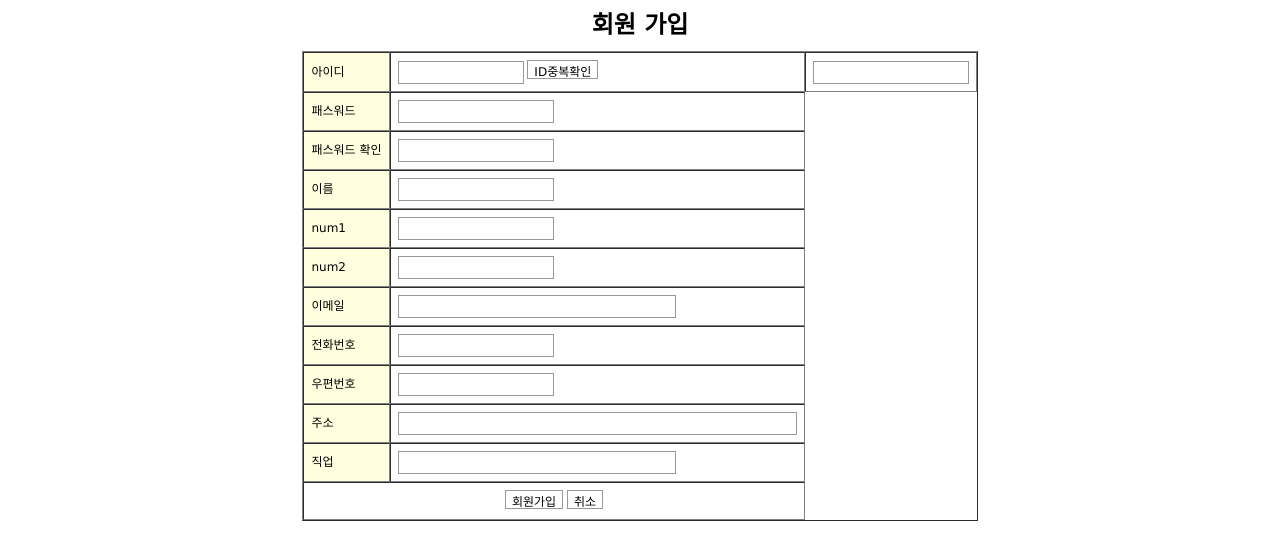
Repository: leekyengho/zodiac
Page: http://localhost/jsphomepage/homepage/member.jsp
The author's editor kept a copy of each file at every save. The page is drawn from the files as they stood at one save, then again after the next save.
The browser window is 1280 px wide. The pictures show the whole page.
The page is served by Tomcat 9. Other server files are loaded and not shown.

Above is the page before, as saved 2016-11-26 19:07:53.

### jsphomepage/WebContent/homepage/member.jsp
<%@ page language="java" contentType="text/html; charset=EUC-KR"
    pageEncoding="EUC-KR"%>
<!DOCTYPE html PUBLIC "-//W3C//DTD HTML 4.01 Transitional//EN" "http://www.w3.org/TR/html4/loose.dtd">
<html>
<head>
<meta http-equiv="Content-Type" content="text/html; charset=EUC-KR">
<title>Insert title here</title>
</head>
<body>
<div align=center>
<h1>회원 가입</h1>
<link href="style.css" rel="stylesheet" type="text/css">
<script type="text/javascript" src="script.js"></script>
<script type="text/javascript">
	function idCheck(id) {
		frm = document.regFrm;
		if(id=="") {
			alert("아이디를 입력하세요.");
			frm.id.focus();
			return;
		}
		url = "idCheck.jsp?id=" + id;
		window.open(url, "IDCheck", "width=300, heigth=150");
	}

	function zipCheck() {
		url = "zipCheck.jsp?check=y";
		window.open(url, "ZipCodeSearch", "width=500, height=300, scrollbars=yes");
	}
</script>
	<form name=memberFrm  method="post" action="memberProc.jsp">
		<table border=1 cellpadding=7 cellspacing=0 >
			<tr>
				<td bgcolor=lightyellow>아이디 </td>
				<td><input type="text" name="id" size="15" value="">
				<input type="button" value="ID중복확인" onClick="idCheck(this.form.id.value)"></td>
    			<td align=left><input type="text" name="id"  maxlength=20></td>
    		</tr>
			<tr>
				<td bgcolor=lightyellow>패스워드 </td>
    			<td align=left><input type="password" name="passwd"  maxlength=20></td>
    		</tr>
			<tr>
				<td bgcolor=lightyellow>패스워드 확인 </td>
  			    <td align=left><input type="password" name="repasswd"  maxlength=20></td>
  			</tr>
			<tr>
				<td bgcolor=lightyellow>이름 </td>
    			<td align=left><input type="text" name="name"  maxlength=20/></td>
    		</tr>
			<tr>
				<td bgcolor=lightyellow>num1</td>
   				<td align=left><input type="text" name="num1"  maxlength=7></td>
   			</tr>
			<tr>
				<td bgcolor=lightyellow>num2 </td>
  				<td align=left><input type="text" name="num2"  maxlength=7 ></td>
  			</tr>
			<tr>
				<td bgcolor=lightyellow>이메일 </td>
  				<td align=left><input type="text" name="email" maxlength=30 size=40></td>
  			</tr>
			<tr>
				<td bgcolor=lightyellow>전화번호 </td>
  				<td align=left><input type="text" name="phone" maxlength=30></td>
  			</tr>
			<tr>
				<td bgcolor=lightyellow>우편번호</td>
   				<td align=left><input type="text" name="zipcode" maxlength=7></td>
   			</tr>
			<tr>
				<td bgcolor=lightyellow>주소 </td>
    			<td align=left><input type="text" name="address" maxlength=30 size=60></td>
    		</tr>
			<tr>
				<td bgcolor=lightyellow>직업</td>
   				<td align=left><input type="text" name="job" maxlength=30 size=40></td>
   			</tr>
			<tr>
				<td colspan=2 align=center><input type="submit" value="회원가입">
    			<input type="reset" value="취소"></td>
    		</tr>
		</table>
	</form>
</div>
</body>
</html>

### jsphomepage/WebContent/homepage/style.css
BODY {
	FONT-SIZE: 9pt; COLOR: black; LINE-HEIGHT: 160%; FONT-FAMILY: 굴림,verdana,tahoma
}
TD {
	FONT-SIZE: 9pt; COLOR: black; LINE-HEIGHT: 160%; FONT-FAMILY: 굴림,verdana,tahoma
}
SELECT {
	FONT-SIZE: 9pt; COLOR: black; LINE-HEIGHT: 160%; FONT-FAMILY: 굴림,verdana,tahoma
}
DIV {
	FONT-SIZE: 9pt; COLOR: black; LINE-HEIGHT: 160%; FONT-FAMILY: 굴림,verdana,tahoma
}
FORM {
	FONT-SIZE: 9pt; COLOR: black; LINE-HEIGHT: 160%; FONT-FAMILY: 굴림,verdana,tahoma
}
TEXTAREA {
	BORDER-RIGHT: 1px solid #999999; BORDER-TOP: 1px solid #999999; FONT-SIZE: 9pt; BORDER-LEFT: 1px solid #999999 ; COLOR: BLACK; BORDER-BOTTOM: 1px solid #999999; FONT-FAMILY: 굴림,verdana; BACKGROUND-COLOR: white
}
INPUT {
	BORDER-RIGHT: 1px solid #999999; BORDER-TOP: 1px solid #999999; FONT-SIZE: 9pt; BORDER-LEFT: 1px solid #999999; COLOR: BLACK; BORDER-BOTTOM: 1px solid #999999; FONT-FAMILY: 굴림,verdana; HEIGHT: 19px; BACKGROUND-COLOR: white
}

A:link {text-decoration:none;color:#696969}
A:hover{text-decoration:yes;color:#66CCFF}
A:visited {text-decoration:none;color:#330066}

### jsphomepage/WebContent/homepage/script.js
function loginCheck(){
	if(document.login.mem_id.value==""){
		alert("아이디를를 입력해 주세요.");
		document.login.mem_id.focus();
		return;
	}
	if(document.login.mem_passwd.value==""){
		alert("비밀번호를 입력해 주세요.");
		document.login.mem_passwd.focus();
		return;
	}
	document.login.submit();
}

function memberReg(){
	document.location="Register.jsp";
}

function inputCheck(){
	if(document.regForm.mem_id.value==""){
		alert("아이디를 입력해 주세요.");
		document.regForm.mem_id.focus();
		return;
	}
	if(document.regForm.mem_passwd.value==""){
		alert("비밀번호를 입력해 주세요.");
		document.regForm.mem_passwd.focus();
		return;
	}
	if(document.regForm.mem_repasswd.value==""){
		alert("비밀번호를 확인해 주세요");
		document.regForm.mem_repasswd.focus();
		return;
	}
	if(document.regForm.mem_name.value==""){
		alert("이름을 입력해 주세요.");
		document.regForm.mem_name.focus();
		return;
	}
	if(document.regForm.mem_num1.value==""){
		alert("주민번호을 입력해 주세요.");
		document.regForm.mem_num1.focus();
		return;
	}
	if(document.regForm.mem_num2.value==""){
		alert("주민번호을 입력해 주세요.");
		document.regForm.mem_num2.focus();
		return;
	}
	if(document.regForm.mem_email.value==""){
		alert("이메일을 입력해 주세요.");
		document.regForm.mem_email.focus();
		return;
	}
	if(document.regForm.mem_phone.value==""){
		alert("연락처를 입력해 주세요.");
		document.regForm.mem_phone.focus();
		return;
	}
	if(document.regForm.mem_job.value=="0"){
		alert("직업을 선택해 주세요.");
		document.regForm.mem_job.focus();
		return;
	}

	if(document.regForm.mem_passwd.value != document.regForm.mem_repasswd.value){
		alert("비밀번호가 일치하지 않습니다.");
		document.regForm.mem_repasswd.focus();
		return;
	}
	document.regForm.submit();
}

//ID중복체크시 검사
function idCheck(id){
	if(id == ""){
		alert("아이디를 입력해 주세요.");
	}else{
		url="IdCheck.jsp?mem_id=" + id;
		window.open(url,"post","width=300,height=150");
	}
}

function zipCheck(){
		url="ZipCheck.jsp?check=y";
		window.open(url,"post","toolbar=no ,width=500 ,height=300 ,directories=no,status=yes,scrollbars=yes,menubar=no");
}

function win_close(){
	self.close();
}

After the next save:
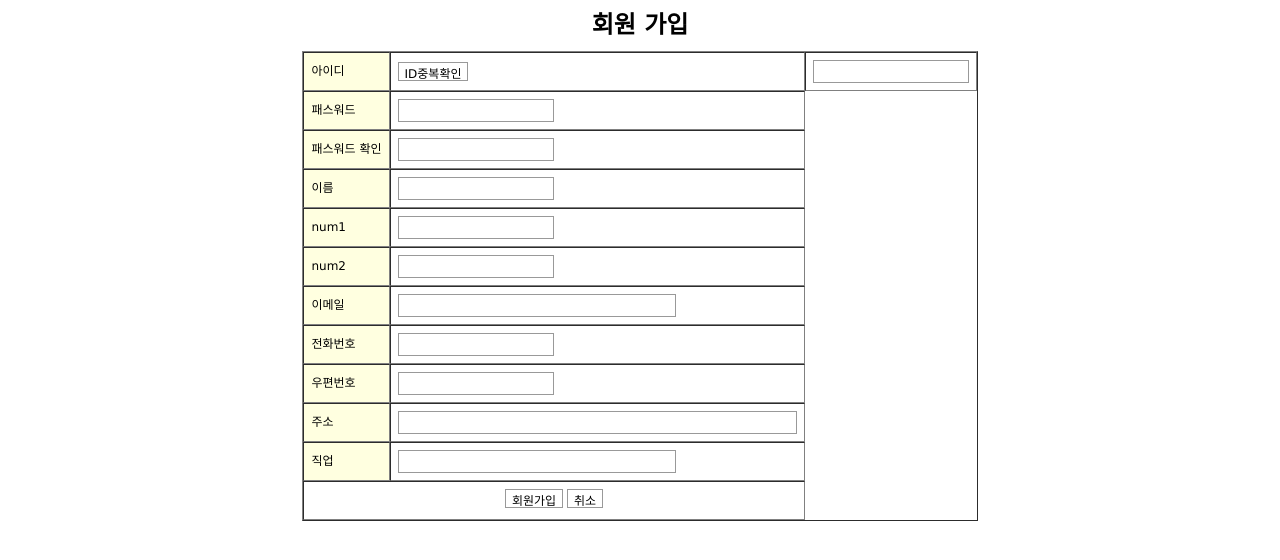
Saved 34 s later.
--- a/jsphomepage/WebContent/homepage/member.jsp
+++ b/jsphomepage/WebContent/homepage/member.jsp
@@ -32,7 +32,7 @@
 		<table border=1 cellpadding=7 cellspacing=0 >
 			<tr>
 				<td bgcolor=lightyellow>아이디 </td>
-				<td><input type="text" name="id" size="15" value="">
+				<td>
 				<input type="button" value="ID중복확인" onClick="idCheck(this.form.id.value)"></td>
     			<td align=left><input type="text" name="id"  maxlength=20></td>
     		</tr>

After the save that followed:
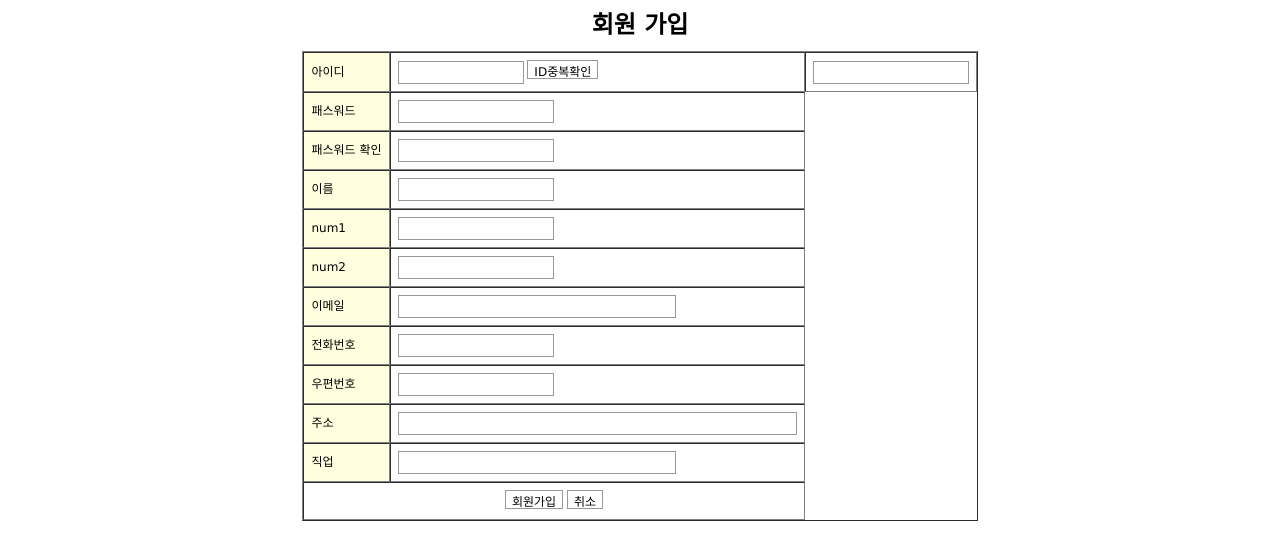
Saved 15 s later.
--- a/jsphomepage/WebContent/homepage/member.jsp
+++ b/jsphomepage/WebContent/homepage/member.jsp
@@ -32,7 +32,7 @@
 		<table border=1 cellpadding=7 cellspacing=0 >
 			<tr>
 				<td bgcolor=lightyellow>아이디 </td>
-				<td>
+				<td><input type="text" name="id" size="15" value="">
 				<input type="button" value="ID중복확인" onClick="idCheck(this.form.id.value)"></td>
     			<td align=left><input type="text" name="id"  maxlength=20></td>
     		</tr>
